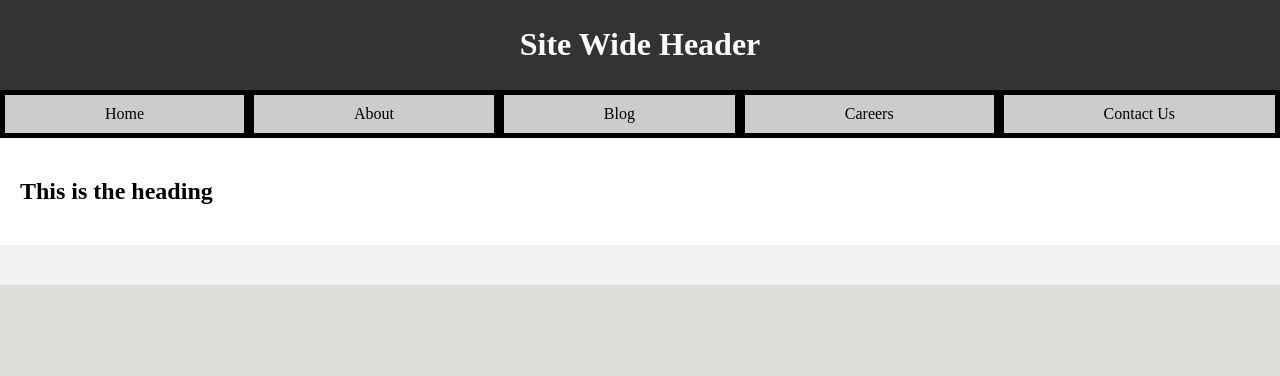
Repository: ayeza-baseer/AssignmentFlexbox
Page: assignment.html
The author's editor kept a copy of each file at every save. The page is drawn from the files as they stood at one save, then again after the next save.
The browser window is 1280 px wide. The pictures show the whole page.

Above is the page before, as saved 2023-03-17 14:11:27.

### assignment.html
<!DOCTYPE html>
<html lang="en">
<head>

    <link rel="stylesheet" href="assignment.css">


</head>
<body>
<div>
    <header class="header"><h1>
        Site Wide Header
    </h1></header>
    <div class="navbar">
        <a href="#">Home</a>
        <a href="#">About</a>
        <a href="#">Blog</a>
        <a href="#">Careers</a>
        <a href="#">Contact Us</a>
      </div>
    <div class="row">
      <div class="main">
        <h2>This is the heading</h2>
      </div>
      <div class="aside"></div>
    </div>
</div>

</body>
</html>

### assignment.css
.header{
    padding: 5px;
    background-color: #333;
	 color: #ccc;

    text-align: center;

    color: white;
}

body{
    margin:0;
    background-color: #deded8;
}

.navbar {
    display: flex;
    background-color: black
  }

  .navbar a {
    color: black;

    background-color: #ccc;
    padding: 10px 12px;
    text-decoration: none;
    text-align: center;
    flex-grow:1;
    border: 5px solid black;
  }

  .navbar a:hover {
    color:red;
    border: 5px solid red;
  }

  .row {
    display: flex;
    flex-wrap: wrap;
  }


  .aside {
    flex: 30%;
    background-color: #f1f1f1;
    padding: 20px;
  }

  /* Main column */
  .main {
    flex: 70%;
    background-color: white;
    padding: 20px;
  }

After the next save:
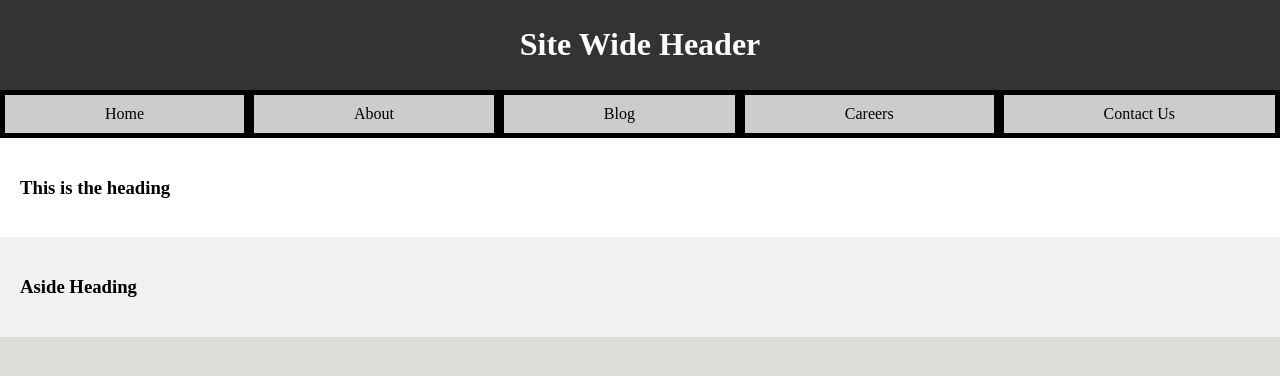
Saved 70 s later.
--- a/assignment.html
+++ b/assignment.html
@@ -20,9 +20,11 @@
       </div>
     <div class="row">
       <div class="main">
-        <h2>This is the heading</h2>
+        <h3>This is the heading</h3>
       </div>
-      <div class="aside"></div>
+      <div class="aside">
+        <h3>Aside Heading</h3>
+      </div>
     </div>
 </div>
 
